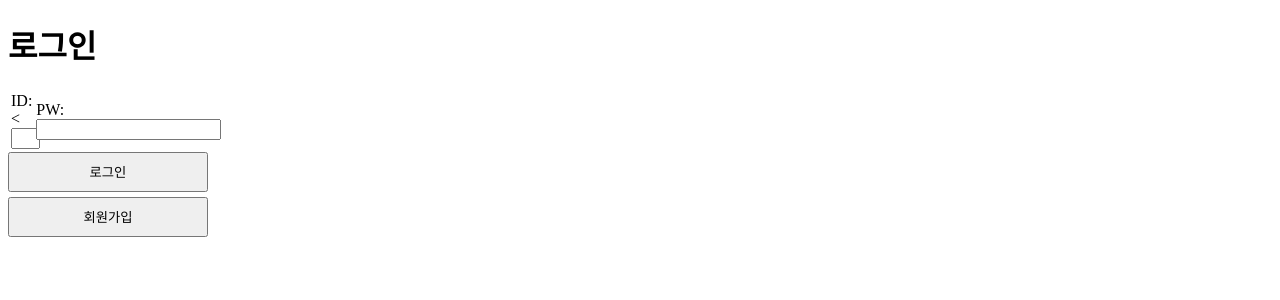
Repository: euniiee/test11
Page: http://localhost/Project/Login.jsp
An editor plug-in stored every save of this project. The page is shown before and after the next save, followed by the edit.
The browser window is 1280 px wide. The pictures show the whole page.
The page is served by Tomcat 9. Other server files are loaded and not shown.

Above is the page before, as saved 2023-02-01 01:22:13.

### Project/WebContent/Login.jsp
<%@ page language="java" contentType="text/html; charset=UTF-8"
    pageEncoding="UTF-8"%>
<!DOCTYPE html>
<html>
<head>
<meta charset="UTF-8">
<title>Insert title here</title>
<script src="https://code.jquery.com/jquery-3.6.3.js" integrity="sha256-nQLuAZGRRcILA+6dMBOvcRh5Pe310sBpanc6+QBmyVM=" crossorigin="anonymous"></script>
<style>

</style>
</head>
<body>
	<form style="width:200px">
		<h1>로그인</h1>
		<table>
			<td>ID: <<input style="width:100%"type="text" class="id" name="id"  required></td>
			<td style="width:100%;  height:40px;">PW: <input type="password" class="pw" name="pw" required></td>
		</table>
			<input type="submit" value="로그인" style="width:100%;  height:40px; margin-bottom:5px"><br>
			<input type="submit" value="회원가입" style="width:100%; height:40px "><br>
	</form>
</body>
</html>

After the next save:
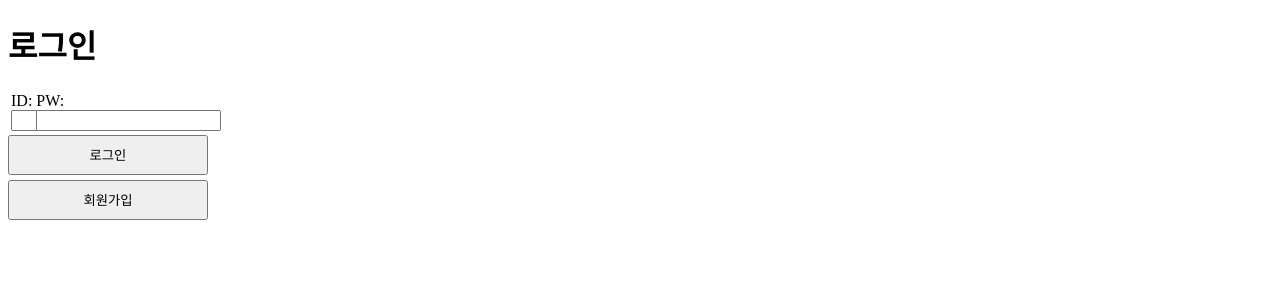
Saved 8 s later.
--- a/Project/WebContent/Login.jsp
+++ b/Project/WebContent/Login.jsp
@@ -14,7 +14,7 @@
 	<form style="width:200px">
 		<h1>로그인</h1>
 		<table>
-			<td>ID: <<input style="width:100%"type="text" class="id" name="id"  required></td>
+			<td>ID:<input style="width:100%"type="text" class="id" name="id"  required></td>
 			<td style="width:100%;  height:40px;">PW: <input type="password" class="pw" name="pw" required></td>
 		</table>
 			<input type="submit" value="로그인" style="width:100%;  height:40px; margin-bottom:5px"><br>
